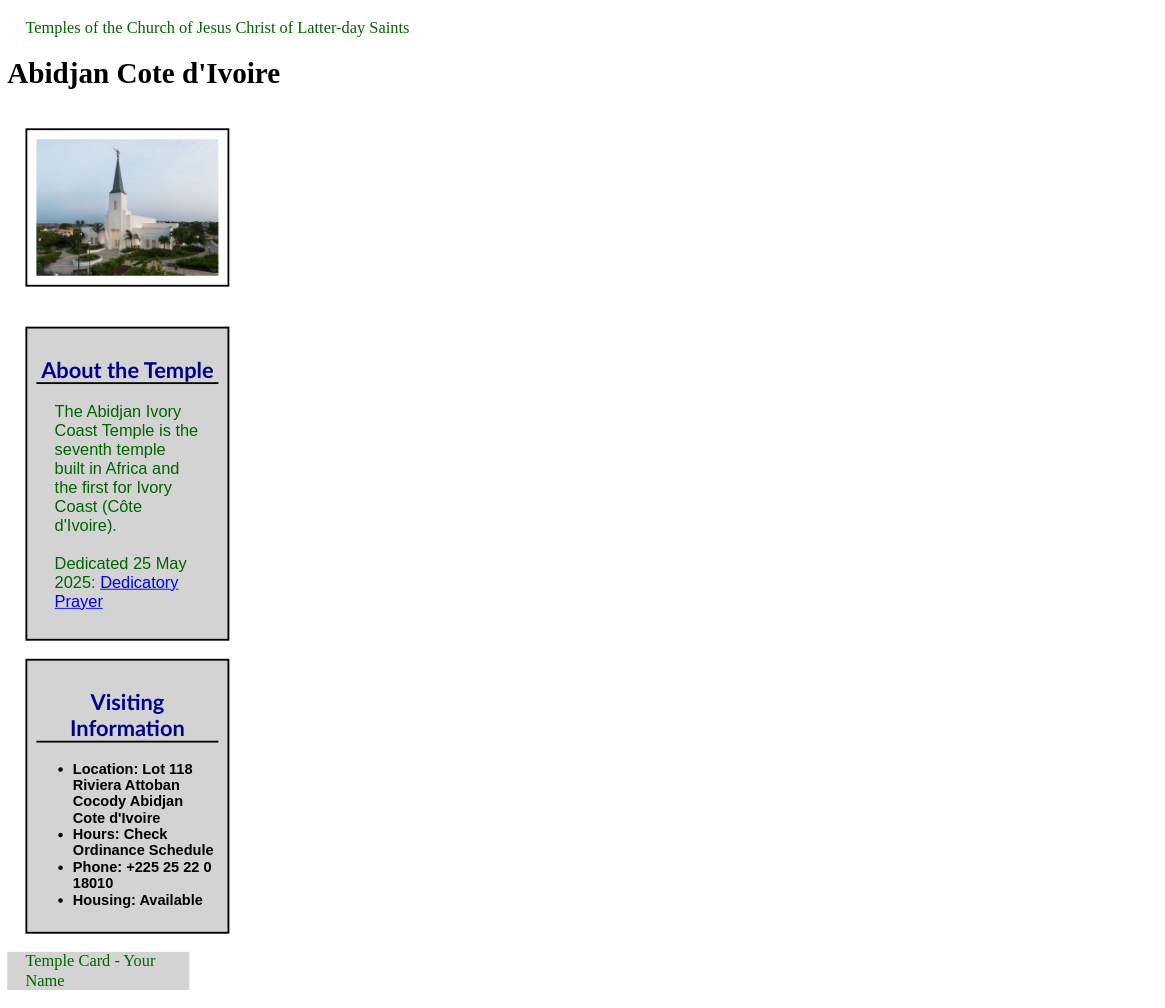
Repository: NoblesNigeria/wdd130
Page: week02/temple.html
These files come from the project's save history. The page is drawn as it stood at one moment and after the next save; the edit follows.
The browser window is 1280 px wide. The pictures show the whole page, at 91% of full size.

Above is the page before, as saved 2025-09-05 20:04:31.

### week02/temple.html
<!DOCTYPE html>
<html lang="en">

<head>
    <meta charset="UTF-8">
    <meta name="viewport" content="width=device-width, initial-scale=1.0">
    <title>Temple Card - Abidjan Cote d'Ivoire</title>
    <link rel="stylesheet" href="styles/temple.css">
</head>

<body>
    <header>
        <p>Temples of the Church of Jesus Christ of Latter-day Saints</p>
    </header>
    <main>
        <h1>Abidjan Cote d'Ivoire</h1>
        <picture>
            <img src="images/abidjan-ivory-coast.jpeg" alt="Abidjan Cote d'Ivoire Temple">
        </picture>
        <section>
            <h2>About the Temple</h2>
            <p>The Abidjan Ivory Coast Temple is the seventh temple built in Africa and the first for Ivory Coast (Côte
                d'Ivoire).</p>
            <p>Dedicated 25 May 2025: <a
                    href="https://www.churchofjesuschrist.org/temples/dedicatory-prayer/abidjan-ivory-coast-temple/2025-05-25?lang=eng"
                    target="_blank" rel="noopener noreferrer">Dedicatory Prayer</a></p>
        </section>
        <section>
            <h2>Visiting Information</h2>
            <ul>
                <li>Location: Lot 118 Riviera Attoban Cocody Abidjan Cote d'Ivoire</li>
                <li>Hours: Check Ordinance Schedule</li>
                <li>Phone: +225 25 22 0 18010</li>
                <li>Housing: Available</li>
            </ul>
        </section>
    </main>
    <footer>
        <p>Temple Card - Your Name</p>
    </footer>
</body>

</html>

### week02/styles/temple.css
img{
    width: 200px;
    height: auto;
    padding: 10px;
    border: 2px solid black;
    margin: 20px;
}
section{
    text-align: center;
    font-family: Arial, Helvetica, sans-serif;
    background-color: lightgrey;
    border: 2px solid black;
    margin: 20px;
    padding: 10px;
    width: 200px;
    height: auto;
}
h2{
    text-align: center;
    font-family: 'Gill Sans', 'Gill Sans MT', Calibri, 'Trebuchet MS', sans-serif;
    color: darkblue;
    border-bottom: 2px solid black;
}
p{
    font-size: 30px;
    font-size: 18px;
    color: darkgreen;
    text-align: left;
    margin: 20px;
}
ul{
    text-decoration: none;
    color: black;
    font-weight: bold;
    text-align: left;

}
footer{
    text-align: center;
    font-size: 2px;
    background-color: lightgrey;
    display: relative;
    width: 200px;
}

After the next save:
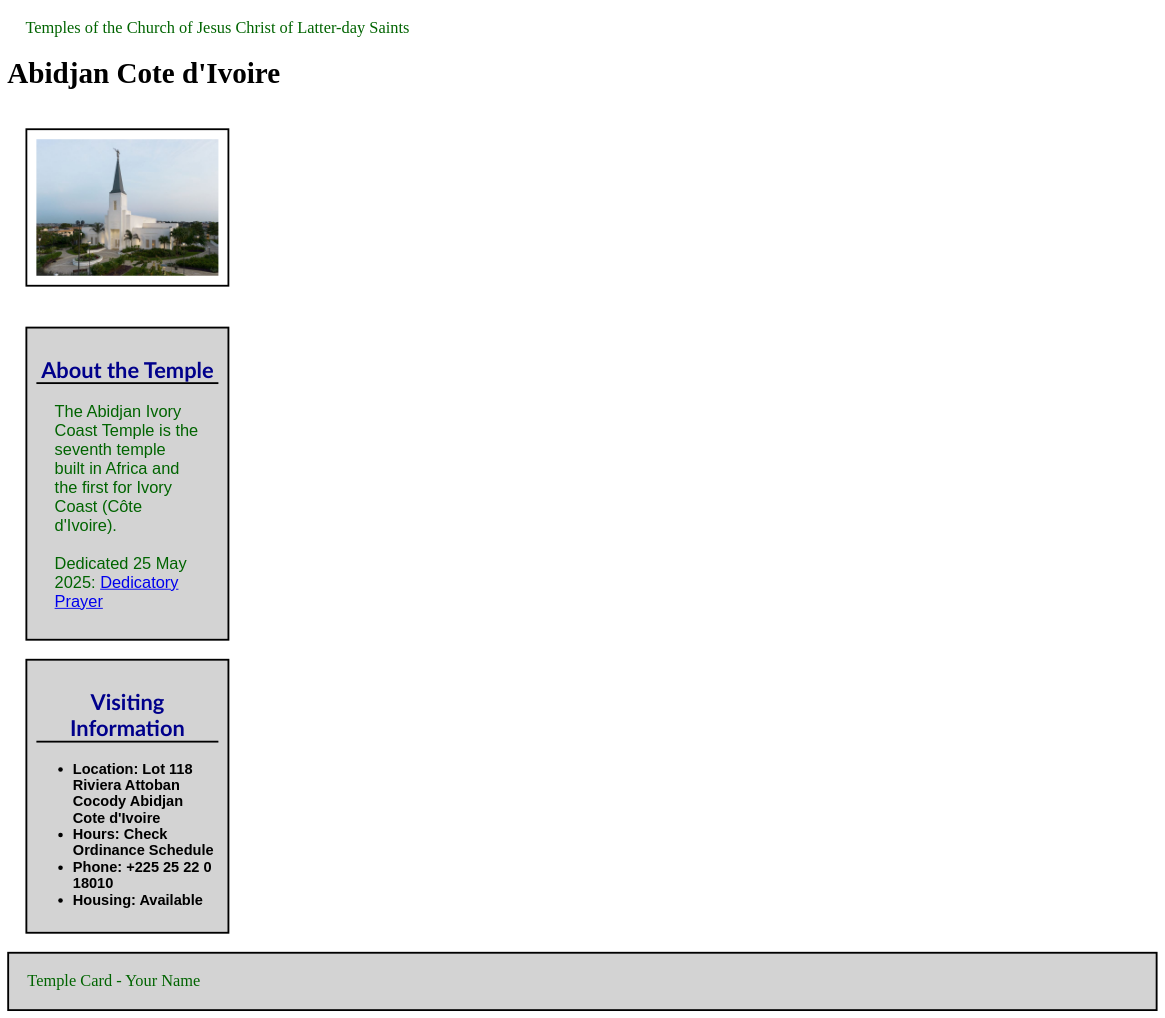
Saved 97 s later.
--- a/week02/styles/temple.css
+++ b/week02/styles/temple.css
@@ -40,5 +40,5 @@
     font-size: 2px;
     background-color: lightgrey;
     display: relative;
-    width: 200px;
+    border: 2px solid black;
 }
